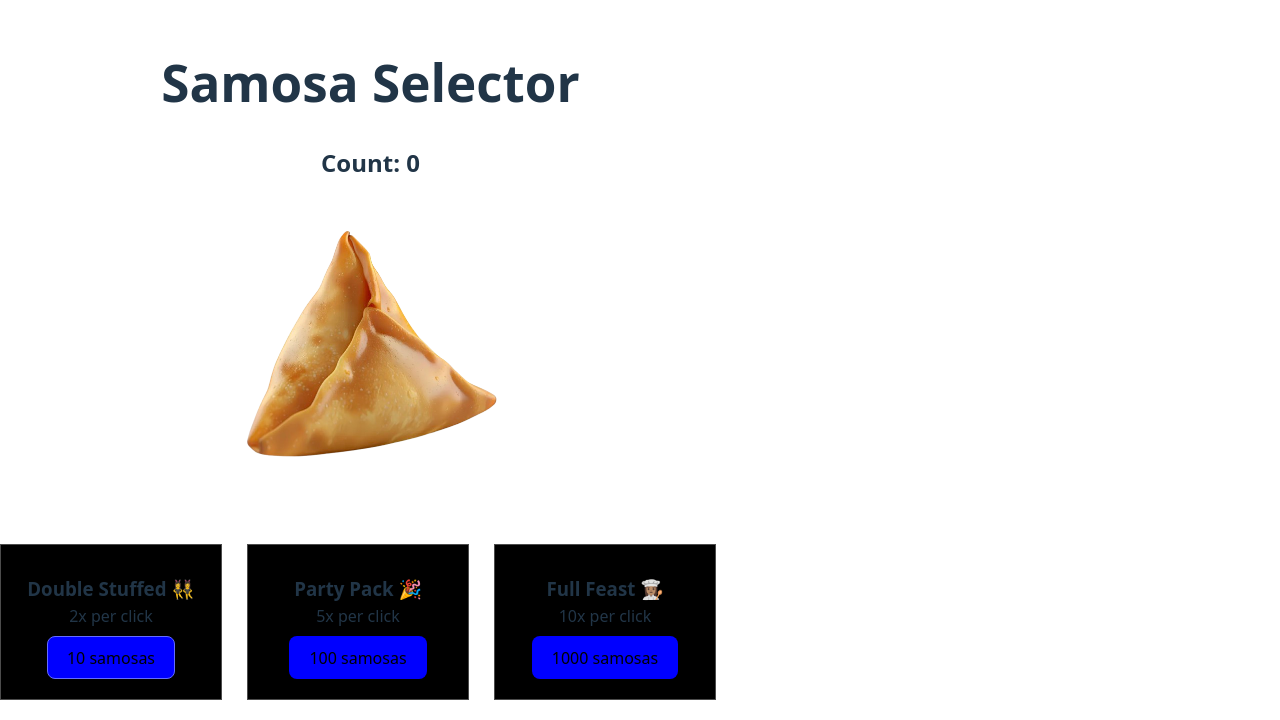
Repository: kvi1/Web102-Labs
Page: / (app in samosa-selector/)
These files come from the project's save history. The page is drawn as it stood at one moment and after the next save; the edit follows.
The browser window is 1280 px wide. The pictures show the whole page.
The pointer rests on the first visible `.App .container .upgrade button`.
The project was rebuilt for these pictures with package versions that can differ from the ones it lists, and the page was loaded fresh each time. Also part of the build but not shown: samosa-selector/vite.config.js.

Above is the page before, as saved 2025-03-01 14:21:46.

After the next save:
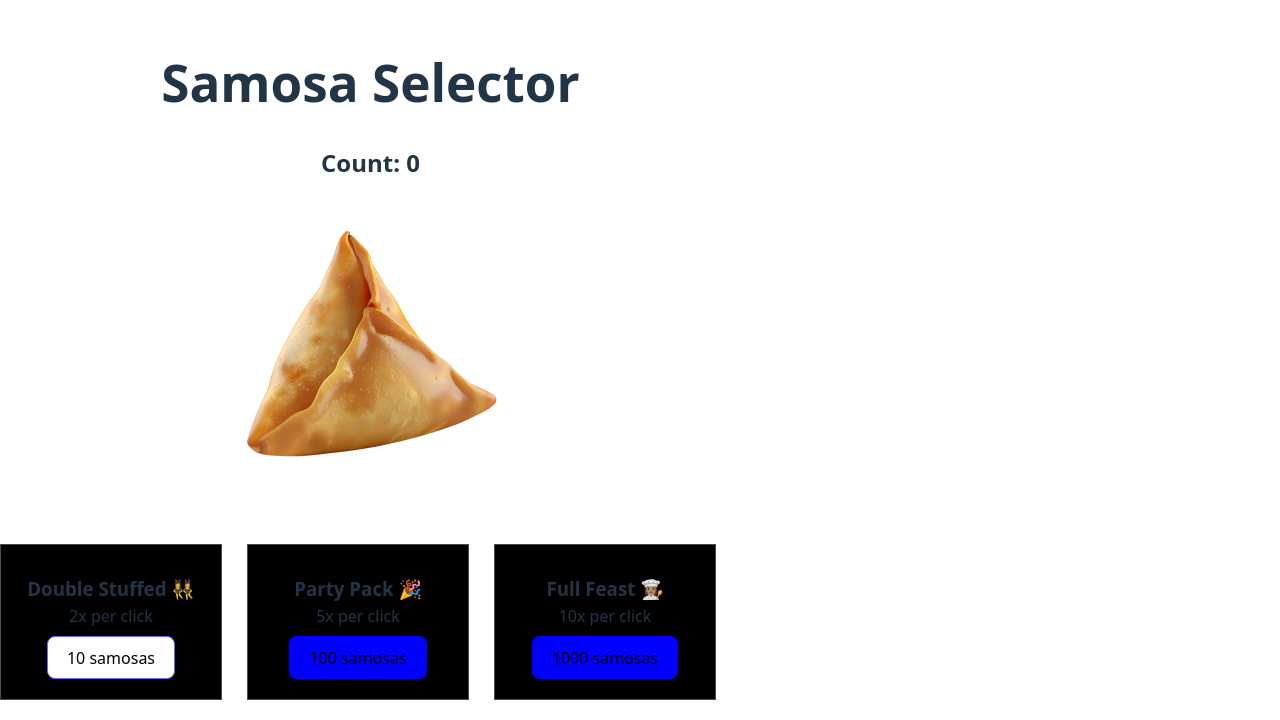
Saved 18 s later.
--- a/samosa-selector/src/App.css
+++ b/samosa-selector/src/App.css
@@ -36,3 +36,7 @@
 .App .container .upgrade button{
   background: blue;
 }
+
+.App .container .upgrade button:hover{
+  background: white;
+}
